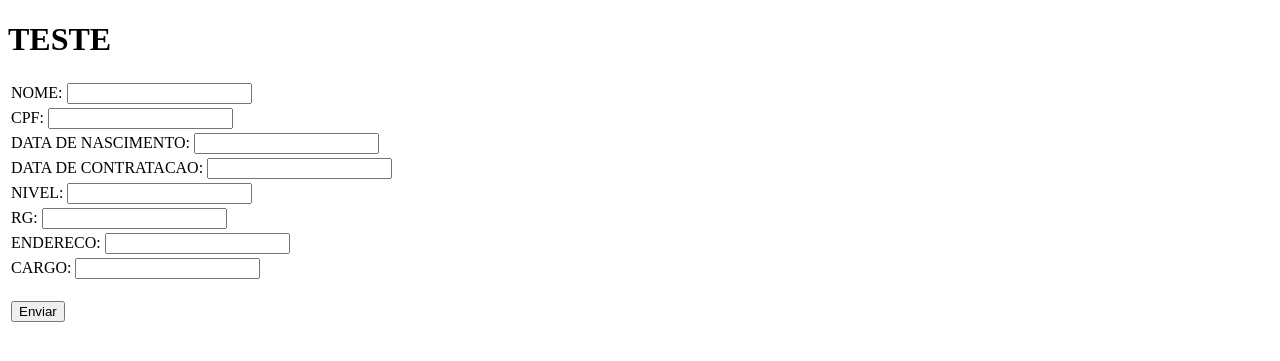
Repository: andrehct/CONCESSIONARIA_BD
Page: http://localhost/Projeto/
The author's editor kept a copy of each file at every save. The page is drawn from the files as they stood at one save, then again after the next save.
The browser window is 1280 px wide. The pictures show the whole page.
The page is served by Tomcat 9. Other server files are loaded and not shown.

Above is the page before, as saved 2019-06-28 13:52:23.

### Projeto/WebContent/index.jsp
<%@ page language="java" contentType="text/html; charset=ISO-8859-1"
    pageEncoding="ISO-8859-1"%>

<!DOCTYPE html>
<html>
<head>
<meta charset="ISO-8859-1">
<title>Insert title here</title>
</head>
<body>

<h1>TESTE</h1>

<form action="FuncionarioController" name="form1" method="post">
	<table>
		<tr>
		<td>
			<label>NOME: </label>
			<input type="text" name="nome">
		</td>
		</tr>
		<tr>
			<td>
				<label>CPF: </label>
				<input type="text" name="cpf">
			</td>
		</tr>
		<tr>
			<td>
				<label>DATA DE NASCIMENTO: </label>
				<input type="text" name="nascimento">
			</td>
		</tr>
		<tr>
			<td>
				<label>DATA DE CONTRATACAO: </label>
				<input type="text" name="contratacao">
			</td>
		</tr>
		<tr>
			<td>
				<label>NIVEL: </label>
				<input type="text" name="nivel">
			</td>
		</tr>
		<tr>
			<td>
				<label>RG: </label>
				<input type="text" name="rg">
			</td>
		</tr>
		<tr>
			<td>
				<label>ENDERECO: </label>
				<input type="text" name="endereco">
			</td>
		</tr>
		<tr>
			<td>
				<label>CARGO: </label>
				<input type="text" name="cargo">
			</td>
		</tr>
		<tr>
			<td>
				<br/>
				<input type="submit" name="botao" value="Enviar">
			</td>
		</tr>
	</table>
</form>

</body>
</html>

Loaded but not shown: Projeto/WebContent/css/materialize.min.css (library); Projeto/WebContent/js/materialize.min.js (library)

After the next save:
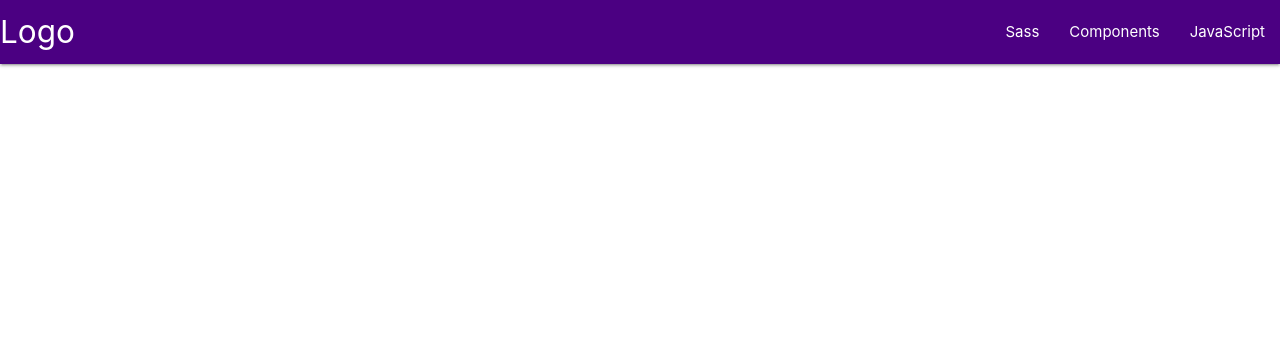
Saved 5 min 4 s later.
--- a/Projeto/WebContent/index.jsp
+++ b/Projeto/WebContent/index.jsp
@@ -1,74 +1,32 @@
-<%@ page language="java" contentType="text/html; charset=ISO-8859-1"
-    pageEncoding="ISO-8859-1"%>
 
-<!DOCTYPE html>
-<html>
-<head>
-<meta charset="ISO-8859-1">
-<title>Insert title here</title>
-</head>
-<body>
+  <!DOCTYPE html>
+  <html>
+    <head>
+      <!--Import Google Icon Font-->
+      <link href="https://fonts.googleapis.com/icon?family=Material+Icons" rel="stylesheet">
+      <!--Import materialize.css-->
+      <link type="text/css" rel="stylesheet" href="template/css/materialize.min.css"  media="screen,projection"/>
 
-<h1>TESTE</h1>
+      <!--Let browser know website is optimized for mobile-->
+      <meta name="viewport" content="width=device-width, initial-scale=1.0"/>
+    </head>
 
-<form action="FuncionarioController" name="form1" method="post">
-	<table>
-		<tr>
-		<td>
-			<label>NOME: </label>
-			<input type="text" name="nome">
-		</td>
-		</tr>
-		<tr>
-			<td>
-				<label>CPF: </label>
-				<input type="text" name="cpf">
-			</td>
-		</tr>
-		<tr>
-			<td>
-				<label>DATA DE NASCIMENTO: </label>
-				<input type="text" name="nascimento">
-			</td>
-		</tr>
-		<tr>
-			<td>
-				<label>DATA DE CONTRATACAO: </label>
-				<input type="text" name="contratacao">
-			</td>
-		</tr>
-		<tr>
-			<td>
-				<label>NIVEL: </label>
-				<input type="text" name="nivel">
-			</td>
-		</tr>
-		<tr>
-			<td>
-				<label>RG: </label>
-				<input type="text" name="rg">
-			</td>
-		</tr>
-		<tr>
-			<td>
-				<label>ENDERECO: </label>
-				<input type="text" name="endereco">
-			</td>
-		</tr>
-		<tr>
-			<td>
-				<label>CARGO: </label>
-				<input type="text" name="cargo">
-			</td>
-		</tr>
-		<tr>
-			<td>
-				<br/>
-				<input type="submit" name="botao" value="Enviar">
-			</td>
-		</tr>
-	</table>
-</form>
+    <body>
 
-</body>
-</html>
+    	<header>
+    		 <nav>
+			    <div class="nav-wrapper">
+			      <a href="#" class="brand-logo">Logo</a>
+			      <ul id="nav-mobile" class="right hide-on-med-and-down">
+			        <li><a href="sass.html">Sass</a></li>
+			        <li><a href="badges.html">Components</a></li>
+			        <li><a href="collapsible.html">JavaScript</a></li>
+			      </ul>
+			    </div>
+			  </nav>
+    	</header>
+
+      <!--JavaScript at end of body for optimized loading-->
+      <script type="text/javascript" src="template/js/materialize.min.js"></script>
+    </body>
+  </html>
